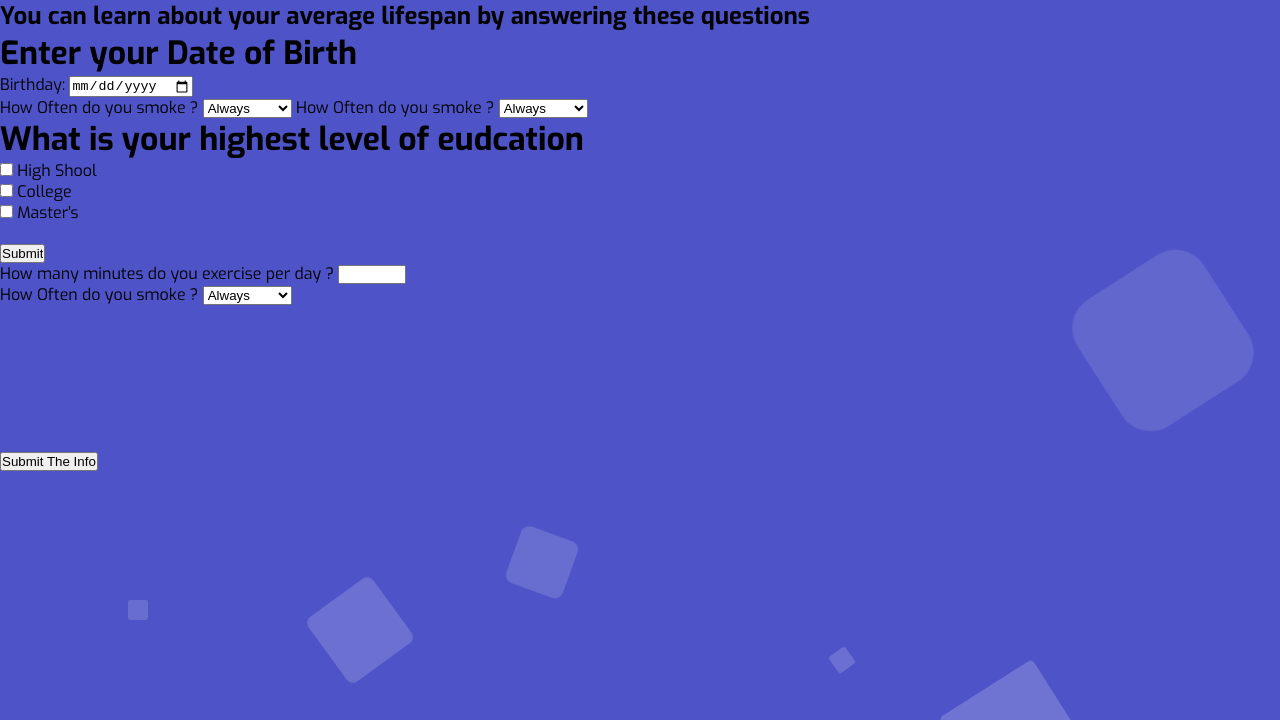
Repository: navid-amini12/capstone-1
Page: wordgame.html
An editor plug-in stored every save of this project. The page is shown before and after the next save, followed by the edit.
The browser window is 1280 px wide. The pictures show the whole page.

Above is the page before, as saved 2022-05-25 18:50:43.

After the next save:
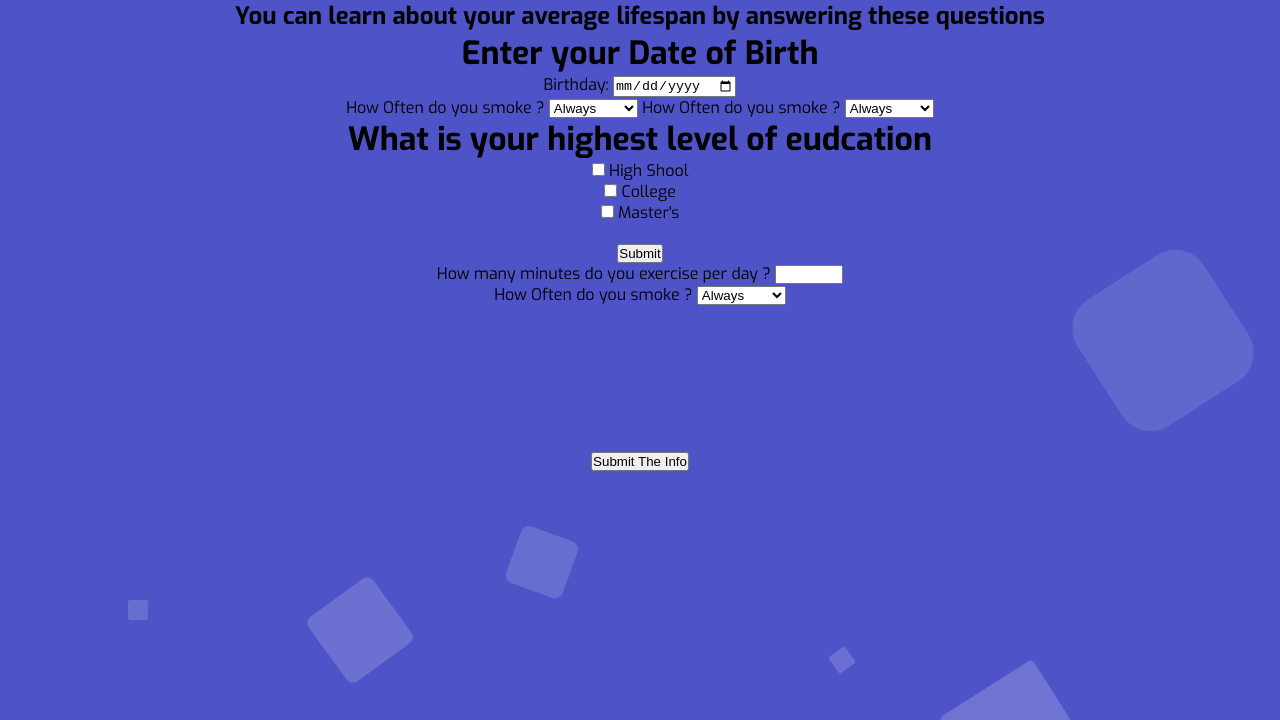
Saved 17 s later.
--- a/wordgame.html
+++ b/wordgame.html
@@ -16,7 +16,7 @@
               <li></li>
               <li></li>
       </ul>
-      <div><h2>You can learn about your average lifespan by answering these questions </h1>
+      <div id = "game"><h2>You can learn about your average lifespan by answering these questions </h1>
 
         <h1>Enter your Date of Birth</h1>
 
